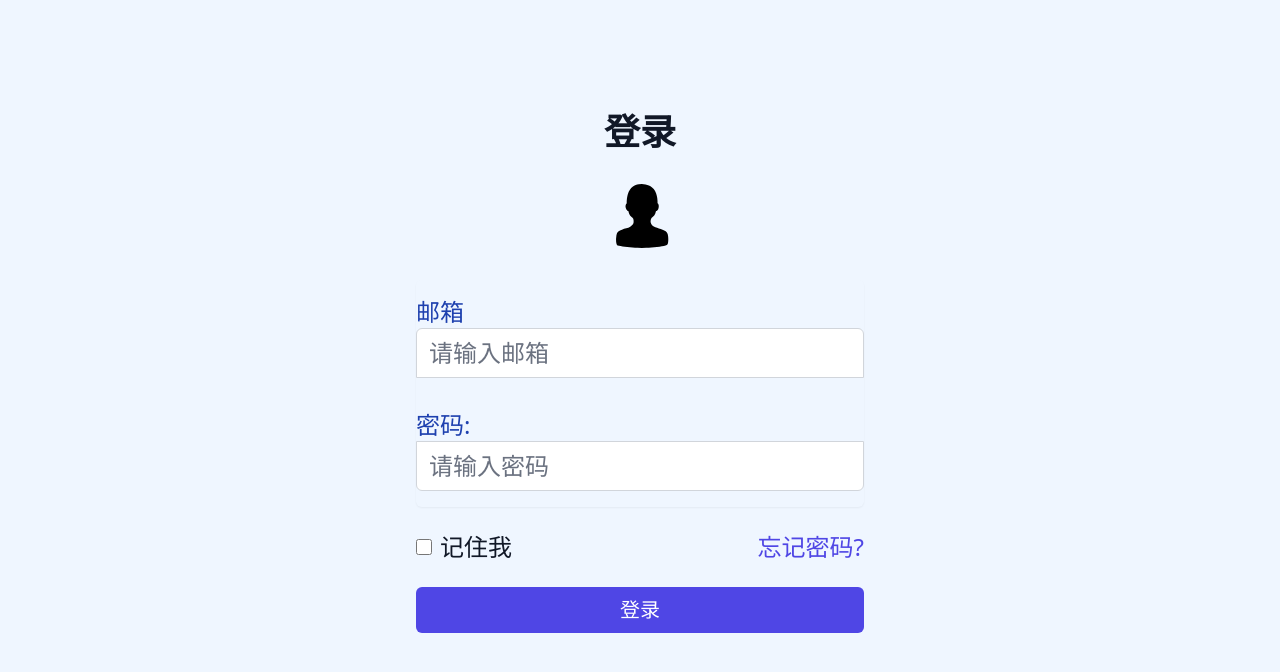
Repository: LiuRuohui/test_the_tailwindcss
Page: /
These files come from the project's save history. The page is drawn as it stood at one moment and after the next save; the edit follows.
The browser window is 1280 px wide. The pictures show the whole page.
The project was rebuilt for these pictures with package versions that can differ from the ones it lists, and the page was loaded fresh each time. Also part of the build but not shown: vite.config.js, src/components/WelcomingPage.vue, src/components/RegisterPage.vue, src/components/MainPage.vue, src/components/ForgetPasswd.vue, src/components/HelloWorld.vue.

Above is the page before, as saved 2022-03-08 10:09:59.

### src/App.vue
<script setup>
import WelcomingPage from "./components/WelcomingPage.vue"
import RegisterPage from "./components/RegisterPage.vue"
import LoginPage from "./components/LoginPage.vue";
import MainPage from "./components/MainPage.vue";
import ForgetPasswd from "./components/ForgetPasswd.vue";
import HelloWorld from "./components/HelloWorld.vue";
</script>

<template>
<!--<WelcomingPage class="bg-blue-50 page"></WelcomingPage>
<RegisterPage class="bg-blue-50 page"></RegisterPage>  -->
<LoginPage class="bg-blue-50 page"></LoginPage>


</template>

<style>
.page{
    height: 100vh;
}
</style>

### src/index.css
@tailwind base;
@tailwind components;
.inputFrame {
    @apply appearance-none rounded-none relative block w-full px-3 py-2 border border-gray-300 placeholder-gray-500 text-gray-900
}

.inputFrame:focus {
    @apply outline-none border-indigo-500 z-10 inline-block px-5 py-3 rounded-lg shadow-lg
}

.btn {
    @apply relative flex w-full justify-center py-2 border border-transparent font-medium rounded-md text-white bg-indigo-600
}

.btn:hover {
    @apply bg-indigo-700
}

.btn:focus {
    @apply outline-none ring-2 ring-offset-2 ring-indigo-500
}

@tailwind utilities;
@layer components {
    .card {
        background-color: theme('colors.blue.500');
        border-radius: theme('borderRadius.lg');
        padding: theme('spacing.6');
        box-shadow: theme('boxShadow.xl');
    }
    /* ... */
}

### src/components/LoginPage.vue
<template>
<div class="min-h-full flex items-center justify-center py-12 px-4 sm:px-6 lg:px-8">
  <div class="max-w-md w-full space-y-8">
    <div>
      <h2 class="mt-6 text-center sm:text-4xl font-extrabold text-gray-900">登录</h2>
    </div>
    <div>
        <img class="h-16 w-1/2 mx-auto" src="../assets/用户.svg" alt="这里有一张图片">
    </div>
    <div class="mt-8 space-y-6">
      <input type="hidden" name="remember" value="true">
      <div class="rounded-md shadow-sm -space-y-px">
        <div class="py-4 text-blue-800 sm:text-2xl">
          <label for="email-address">邮箱</label>
          <input id="email-address" name="email" type="email" autocomplete="email" required class="inputFrame rounded-t-md  sm:text-2xl" placeholder="请输入邮箱">
        </div>
        <div class="py-4 text-blue-800 sm:text-2xl">
          <label for="passwd">密码:</label>
          <input id="passwd" name="passwd" type="password" autocomplete="current-password" required class="inputFrame rounded-b-md  sm:text-2xl" placeholder="请输入密码">
        </div>
      </div>

      <div class="flex items-center justify-between">
        <div class="flex items-center">
          <input id="remember-me" name="remember-me" type="checkbox" class="h-4 w-4 text-indigo-600 focus:ring-indigo-500 border-gray-300 rounded">
          <label for="remember-me" class="ml-2 block text-sm sm:text-2xl text-gray-900"> 记住我</label>
        </div>

        <div class="text-sm">
          <a href="#" class="font-medium sm:text-2xl text-indigo-600 hover:text-indigo-500"> 忘记密码? </a>
        </div>
      </div>

      <div>
        <button @click="submit" class="btn group sm:text-xl">
          登录
        </button>
      </div>
    </div>
  </div>
</div>
</template>

<script setup>
function submit(){
  var name = document.getElementById("email-address").value;
  if(!isEmail(name)){
    alert('邮箱格式不正确！')
  }else{
    alert('登录')
  }
}
function isEmail(str){
    var reg = /^([a-zA-Z0-9_-])+@([a-zA-Z0-9_-])+(.[a-zA-Z0-9_-])+/
    return reg.test(str)
}
</script>

### tailwind.config.js
module.exports = {
    content: [
        "./index.html",
        "./src/**/*.{vue,js,ts,jsx,tsx}",
    ],
    theme: {
        extend: {},
    },
    variants: {
        backgroundColor: ['responsive', 'hover', 'focus', 'active']
    },
    plugins: [],
}

Loaded but not shown: index.html (common file); src/main.js (common file)

After the next save:
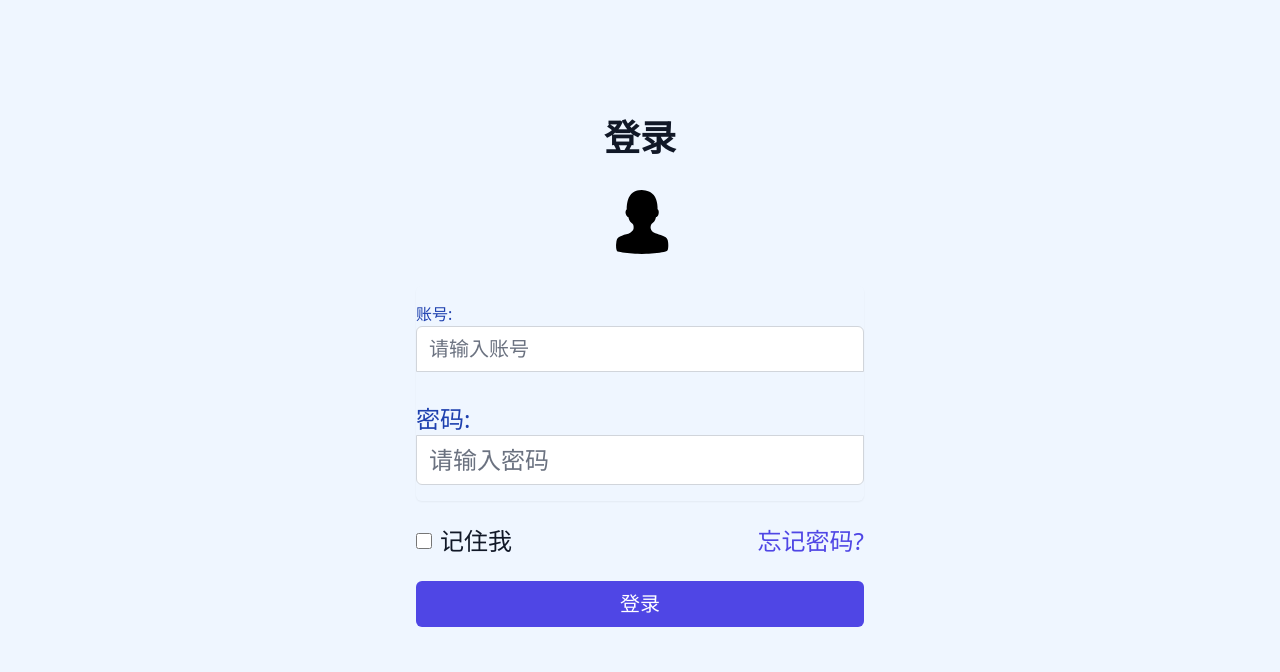
Saved 27 s later.
--- a/src/components/LoginPage.vue
+++ b/src/components/LoginPage.vue
@@ -10,9 +10,9 @@
     <div class="mt-8 space-y-6">
       <input type="hidden" name="remember" value="true">
       <div class="rounded-md shadow-sm -space-y-px">
-        <div class="py-4 text-blue-800 sm:text-2xl">
-          <label for="email-address">邮箱</label>
-          <input id="email-address" name="email" type="email" autocomplete="email" required class="inputFrame rounded-t-md  sm:text-2xl" placeholder="请输入邮箱">
+        <div class="py-4 text-blue-800">
+          <label for="account">账号:</label>
+          <input id="account" name="account" type="account" autocomplete="name" required class="inputFrame rounded-t-md  sm:text-xl" placeholder="请输入账号">
         </div>
         <div class="py-4 text-blue-800 sm:text-2xl">
           <label for="passwd">密码:</label>

After the 3 saves that followed:
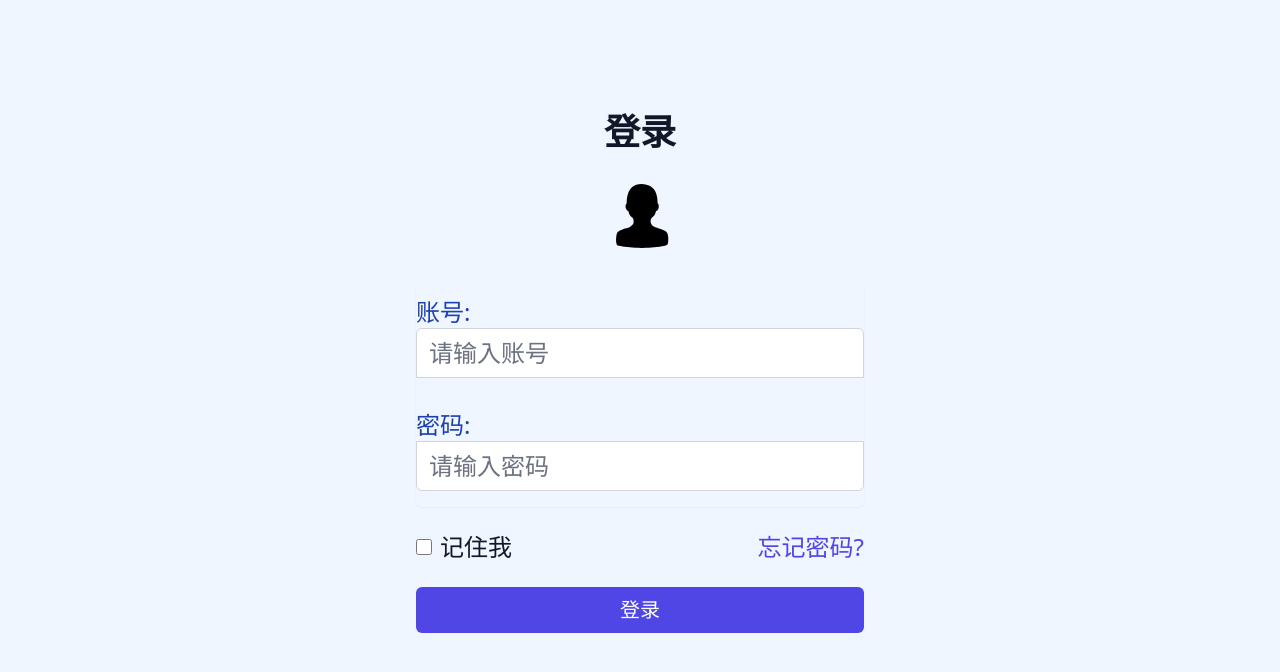
The 3 saves are shown as one change because 2 left the picture as it was.
The last was saved 62 s later.
--- a/src/components/LoginPage.vue
+++ b/src/components/LoginPage.vue
@@ -10,9 +10,9 @@
     <div class="mt-8 space-y-6">
       <input type="hidden" name="remember" value="true">
       <div class="rounded-md shadow-sm -space-y-px">
-        <div class="py-4 text-blue-800">
+        <div class="py-4 text-blue-800 sm:text-2xl">
           <label for="account">账号:</label>
-          <input id="account" name="account" type="account" autocomplete="name" required class="inputFrame rounded-t-md  sm:text-xl" placeholder="请输入账号">
+          <input id="account" name="account" type="account" autocomplete="name" required class="inputFrame rounded-t-md  sm:text-2xl" placeholder="请输入账号">
         </div>
         <div class="py-4 text-blue-800 sm:text-2xl">
           <label for="passwd">密码:</label>
@@ -43,15 +43,7 @@
 
 <script setup>
 function submit(){
-  var name = document.getElementById("email-address").value;
-  if(!isEmail(name)){
-    alert('邮箱格式不正确！')
-  }else{
-    alert('登录')
-  }
+  alert('登录')
 }
-function isEmail(str){
-    var reg = /^([a-zA-Z0-9_-])+@([a-zA-Z0-9_-])+(.[a-zA-Z0-9_-])+/
-    return reg.test(str)
-}
+
 </script>
